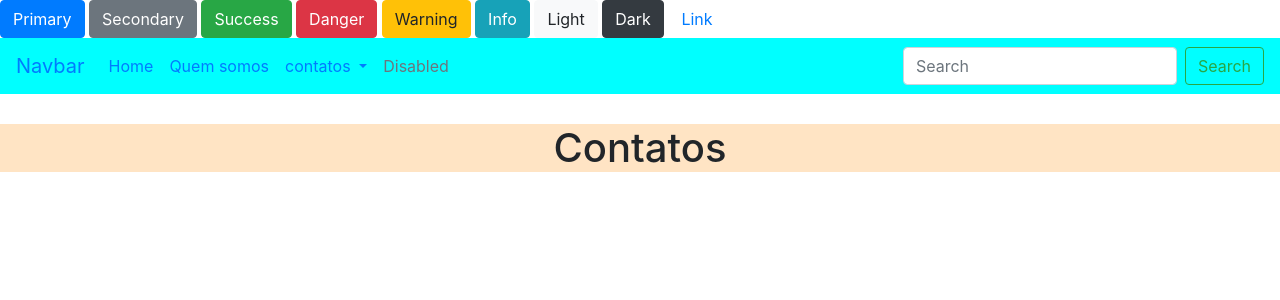
Repository: DaniloBaracho/bootstrap
Page: index.html
An editor plug-in stored every save of this project. The page is shown before and after the next save, followed by the edit.
The browser window is 1280 px wide. The pictures show the whole page.

Above is the page before, as saved 2020-05-31 17:17:48.

### index.html
<!DOCTYPE html>
<html lang="pt-br">
    <head>
        <meta charset="utf-8">
        <title>
            Usando bootstrap
        </title>
        <link rel="stylesheet", type="text/css", href="bootstrap/css/bootstrap.min.css">
        <link rel="stylesheet", type="text/css", href="css/style.css">
    </head>
    <body>
        <button type="button" class="btn btn-primary">Primary</button>
        <button type="button" class="btn btn-secondary">Secondary</button>
        <button type="button" class="btn btn-success">Success</button>
        <button type="button" class="btn btn-danger">Danger</button>
        <button type="button" class="btn btn-warning">Warning</button>
        <button type="button" class="btn btn-info">Info</button>
        <button type="button" class="btn btn-light">Light</button>
        <button type="button" class="btn btn-dark">Dark</button>
        <button type="button" class="btn btn-link">Link</button>
        <nav class="navbar navbar-expand-lg">
            <a class="navbar-brand" href="#">Navbar</a>
            <button class="navbar-toggler" type="button" data-toggle="collapse" data-target="#navbarSupportedContent" aria-controls="navbarSupportedContent" aria-expanded="false" aria-label="Toggle navigation">
              <span class="navbar-toggler-icon"></span>
            </button>

            <div class="collapse navbar-collapse" id="navbarSupportedContent">
              <ul class="navbar-nav mr-auto">
                <li class="nav-item active">
                  <a class="nav-link" href="#">Home <span class="sr-only">(current)</span></a>
                </li>
                <li class="nav-item">
                  <a class="nav-link" href="#">Quem somos</a>
                </li>
                <li class="nav-item dropdown">
                  <a class="nav-link dropdown-toggle" href="contatos" id="navbarDropdown" role="button" data-toggle="dropdown" aria-haspopup="true" aria-expanded="false">
                    contatos
                  </a>
                  <div class="dropdown-menu" aria-labelledby="navbarDropdown">
                    <a class="dropdown-item" href="#">Parceiros</a>
                    <a class="dropdown-item" href="#">Serviços</a>
                    <div class="dropdown-divider"></div>
                    <a class="dropdown-item" href="#">Something else here</a>
                  </div>
                </li>
                <li class="nav-item">
                  <a class="nav-link disabled" href="#" tabindex="-1" aria-disabled="true">Disabled</a>
                </li>
              </ul>
              <form class="form-inline my-2 my-lg-0">
                <input class="form-control mr-sm-2" type="search" placeholder="Search" aria-label="Search">
                <button class="btn btn-outline-success my-2 my-sm-0" type="submit">Search</button>
              </form>
            </div>
          </nav>
        <section id="contato">
          <div class="container-fluid contatos text-center margin">
            <h1>Contatos</h1>
          </div>
        </section>
    </body>
</html>

### css/style.css
.navbar{
    background-color: aqua;
}
.contatos{
    background-color: bisque;
}
.margin{
    margin-top: 30px;
    margin-bottom: 30px;
}

Loaded but not shown: bootstrap/css/bootstrap.min.css (library)

After the next save:
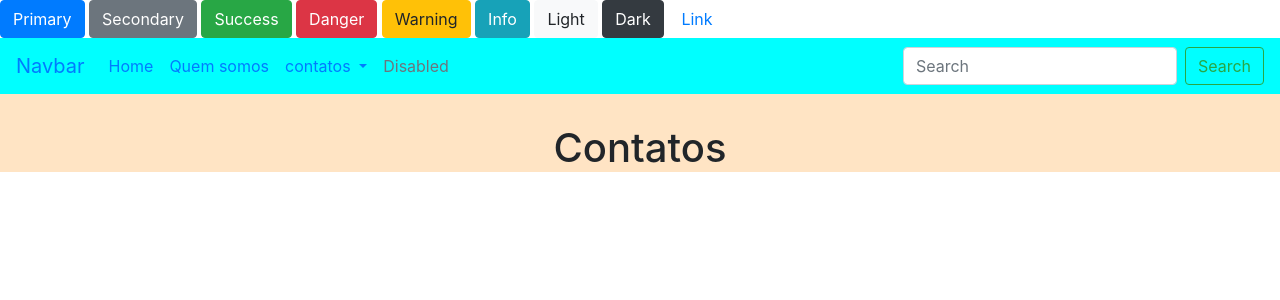
Saved 2 min 26 s later.
--- a/css/style.css
+++ b/css/style.css
@@ -5,6 +5,5 @@
     background-color: bisque;
 }
 .margin{
-    margin-top: 30px;
-    margin-bottom: 30px;
+     padding-top: 30px;
 }
